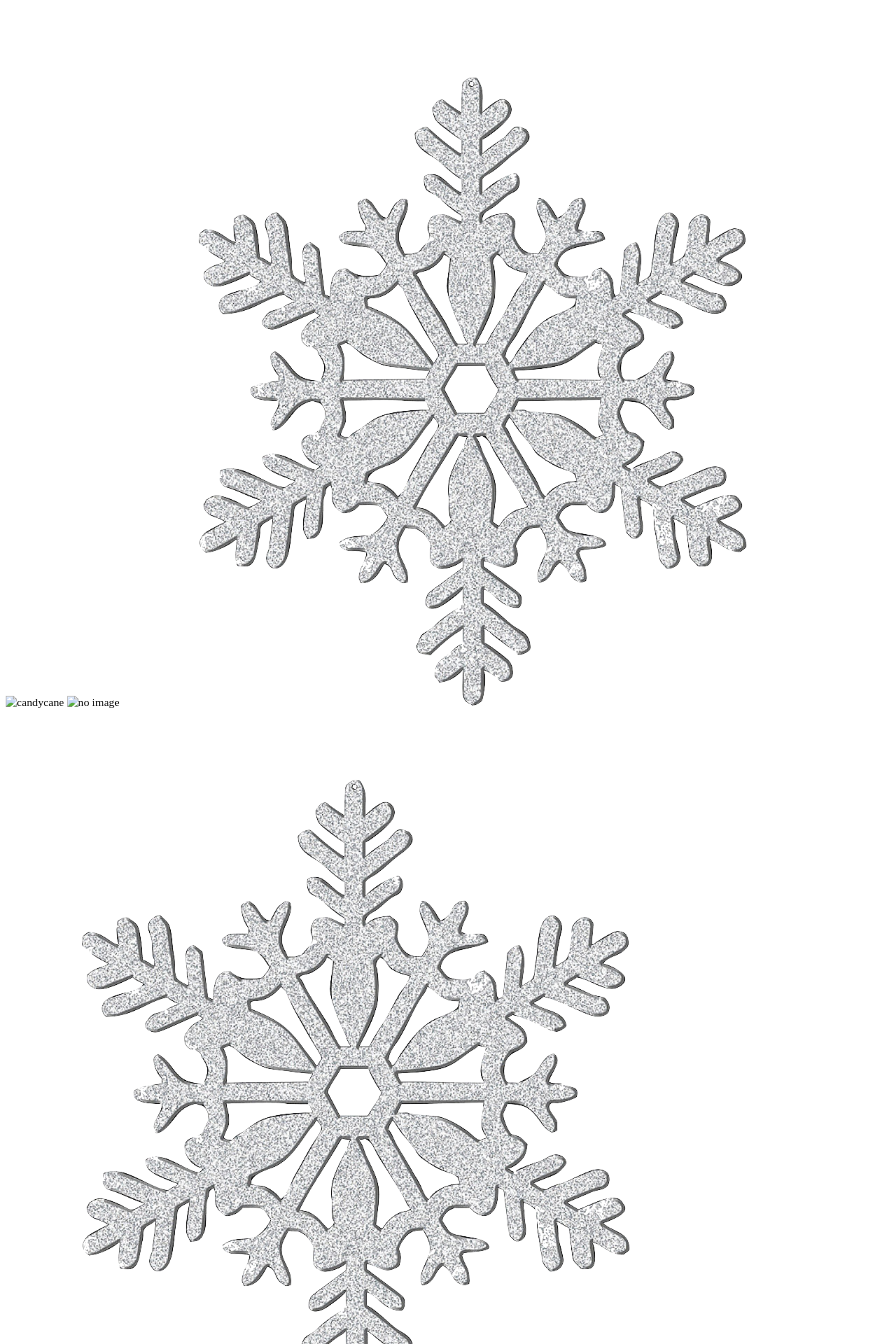
Repository: cerebrium/newWebsiteForGinishka
Page: /
An editor plug-in stored every save of this project. The page is shown before and after the next save, followed by the edit.
The browser window is 1280 px wide. The pictures show the part of the page from y = 0 to 1920 px (the page is 64272 px tall), at 70% of full size.
The project was rebuilt for these pictures with package versions that can differ from the ones it lists, and the page was loaded fresh each time.

Above is the page before, as saved 2019-11-17 15:08:33.
Not found: candycane.png
Not found: rudolph.png

After the next save:
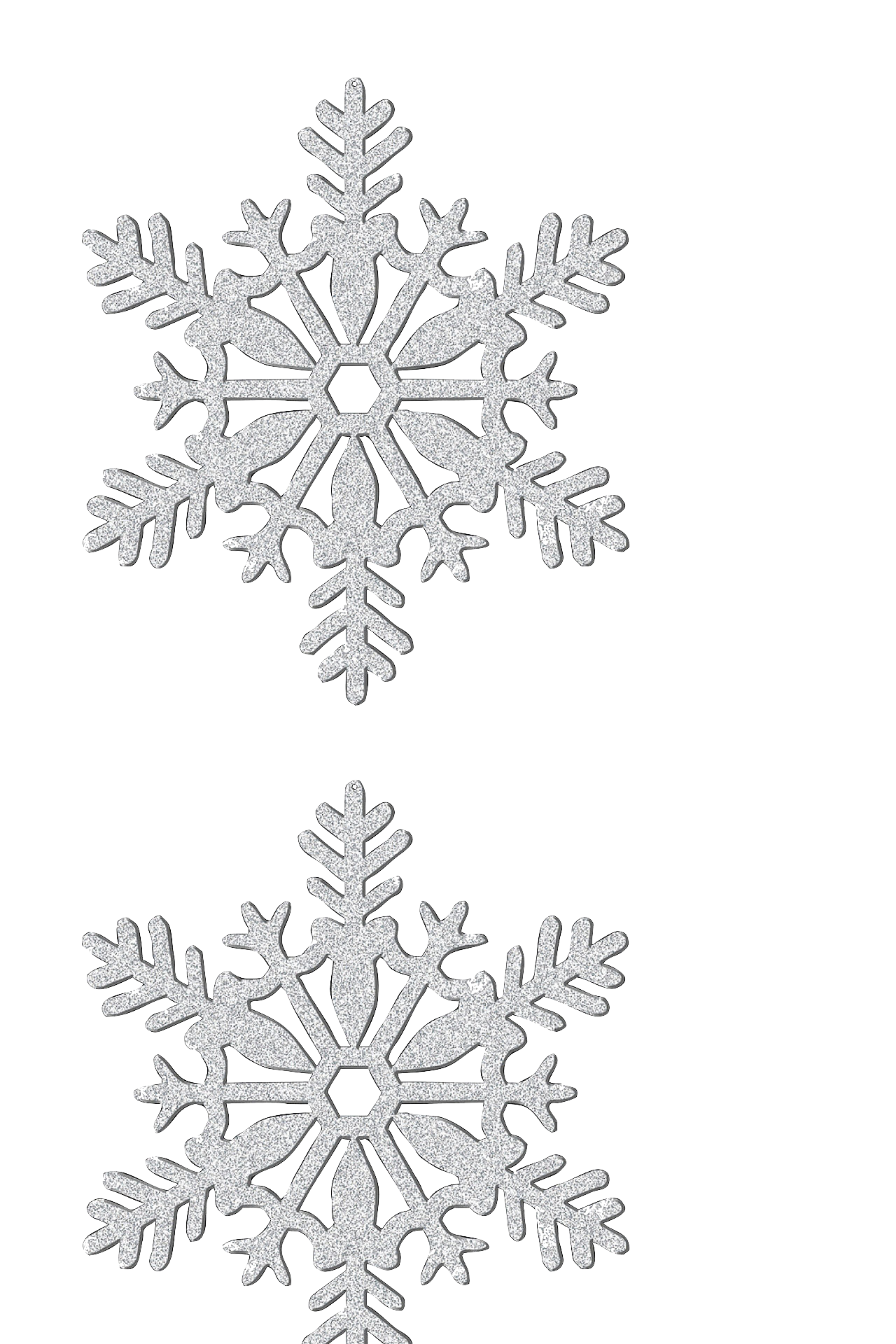
Saved 104 s later.
--- a/public/index.html
+++ b/public/index.html
@@ -28,8 +28,7 @@
   </head>
   <body>
     <noscript>You need to enable JavaScript to run this app.</noscript>
-    <div id="root"><img src="candycane.png", class="candycane", alt="candycane">
-      <img src="rudolph.png", class="rudolph", alt="no image">
+    <div id="root">
       <img src="snowflake.png", class="snowflake1 visi", alt="snowflake">
       <img src="snowflake.png", class="snowflake2 visi", alt="snowflake">
       <img src="snowflake.png", class="snowflake3 visi", alt="snowflake">
